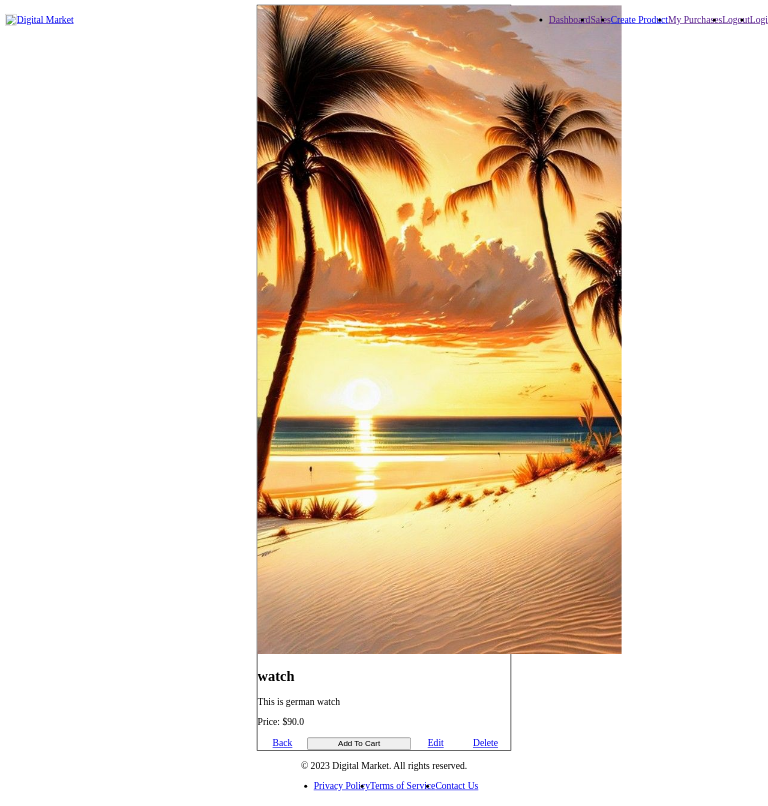
Repository: Zedestar/DigitalMarket_django
Page: http://localhost/product_details/5/
The author's editor kept a copy of each file at every save. The page is drawn from the files as they stood at one save, then again after the next save.
The browser window is 1280 px wide. The pictures show the whole page, at 60% of full size.
The page is served by the project's application, run on Django 5.2 (manage.py). Style sheets and scripts are compiled from the project's sources, by tool versions that may differ from the author's. The page reads the database file committed with the project.

Above is the page before, as saved 2025-03-28 11:35:40.

After the next save:
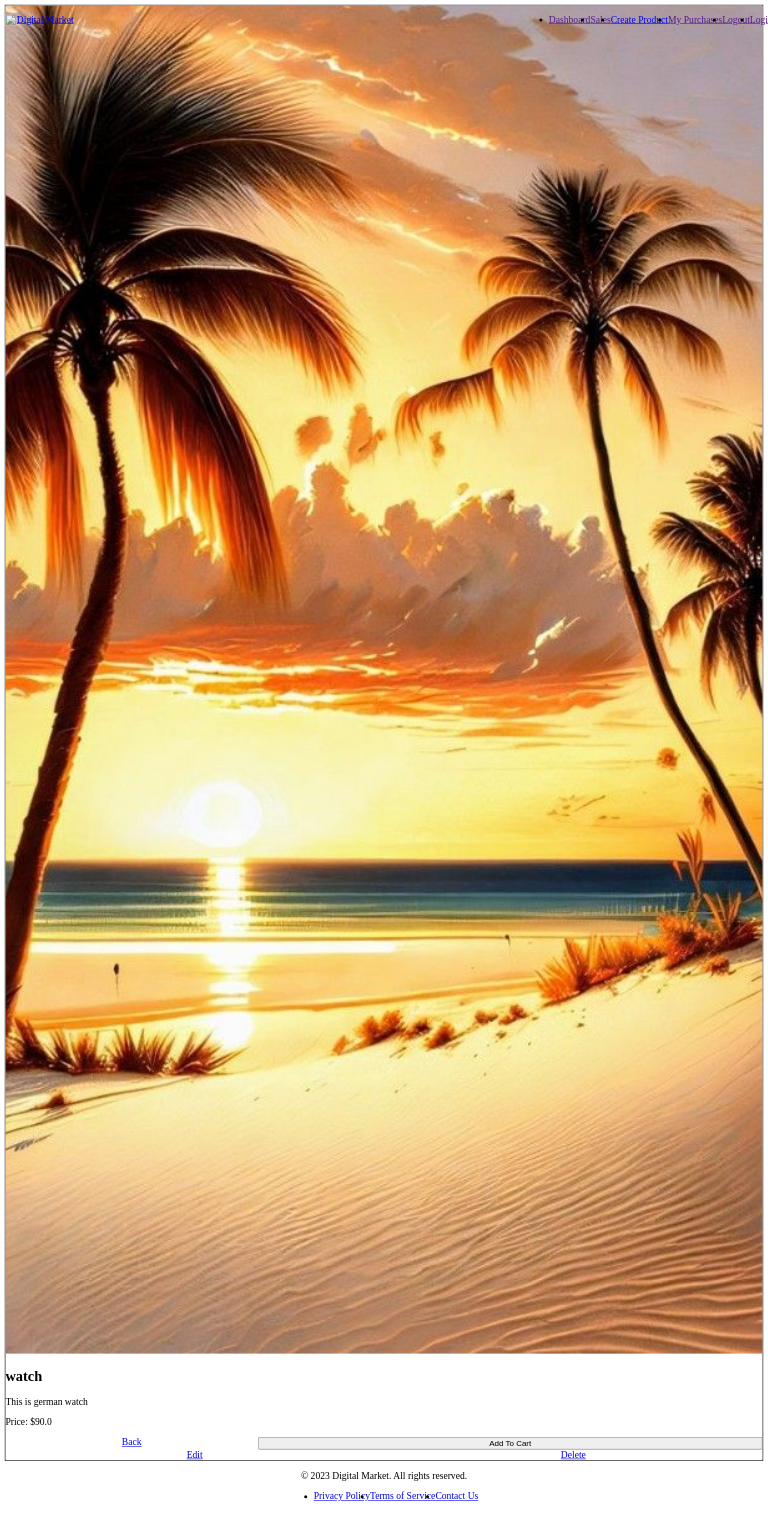
Saved 10 min 36 s later.
--- a/myapp/templates/myapp/product_details.html
+++ b/myapp/templates/myapp/product_details.html
@@ -1,32 +1,36 @@
 {% extends 'base.html' %}
 {% block body %}
     <div class="shadow-lg flex items-center justify-center min-h-screen w-full">
-        <div class="shadow-lg hover:shadow-2xl w-1/3 h-8/12 border border-gray-200 rounded-sm mx-auto">
+        <div class="shadow-lg hover:shadow-2xl w-full sm:w-1/3 h-auto max-w-xs border border-gray-200 rounded-lg mx-auto transition-all duration-300 ease-in-out">
             <!-- Image Section (Fixed Height) -->
-            <div class="w-72 h-72 bg-gray-100">
+            <div class="w-full h-72 bg-gray-100 overflow-hidden rounded-t-lg">
                 <img src="{{ product.photo.url }}"
                      alt="{{ product.name }}"
-                     class="w-72 h-72 object-cover">
+                     class="w-full h-full object-cover">
             </div>
             <!-- Content Section -->
-            <div class="px-5 py-2 w-full">
-                <h2 class="font-bold text-xl text-gray-900 truncate">{{ product.name }}</h2>
-                <p class="text-gray-600 text-sm line-clamp-2">{{ product.description }}</p>
-                <p class="text-green-600 font-semibold text-md">Price: ${{ product.price }}</p>
-                <div class="flex items-center justify-around  text-center">
+            <div class="px-5 py-4">
+                <h2 class="font-bold text-2xl text-gray-900 truncate">{{ product.name }}</h2>
+                <p class="text-gray-600 text-sm mt-2 line-clamp-2">{{ product.description }}</p>
+                <p class="text-green-600 font-semibold text-lg mt-2">Price: ${{ product.price }}</p>
+                <!-- Action Buttons -->
+                <div class="mt-4 flex justify-between gap-3">
                     <a href="{% url 'index_view' %}"
-                       class="w-1/3 bg-green-600 text-white font-medium py-1 rounded-sm hover:bg-green-700 active:bg-green-700 transition">
+                       class="w-1/3 bg-green-600 text-white font-medium py-2 rounded-md text-center hover:bg-green-700 transition duration-200">
                         Back
                     </a>
-                    <button class=" ml-1 w-2/3 bg-green-500 text-white font-medium py-1 rounded-sm hover:bg-green-600 active:bg-green-700 transition">
+                    <button class="w-2/3 bg-green-500 text-white font-medium py-2 rounded-md hover:bg-green-600 transition duration-200">
                         Add To Cart
                     </button>
+                </div>
+                <!-- Edit and Delete Buttons -->
+                <div class="mt-4 flex justify-between gap-3">
                     <a href="{% url 'edit_product' product.id %}"
-                       class="w-1/3 bg-green-600 text-white font-medium py-1 rounded-sm hover:bg-green-700 active:bg-green-700 transition">
+                       class="w-1/2 bg-blue-600 text-white font-medium py-2 rounded-md text-center hover:bg-blue-700 transition duration-200">
                         Edit
                     </a>
                     <a href="{% url 'delete_product' product.id %}"
-                       class="w-1/3 bg-red-300 text-white font-medium py-1 rounded-sm hover:bg-red-500 active:bg-green-700 transition">
+                       class="w-1/2 bg-red-300 text-white font-medium py-2 rounded-md text-center hover:bg-red-500 transition duration-200">
                         Delete
                     </a>
                 </div>
